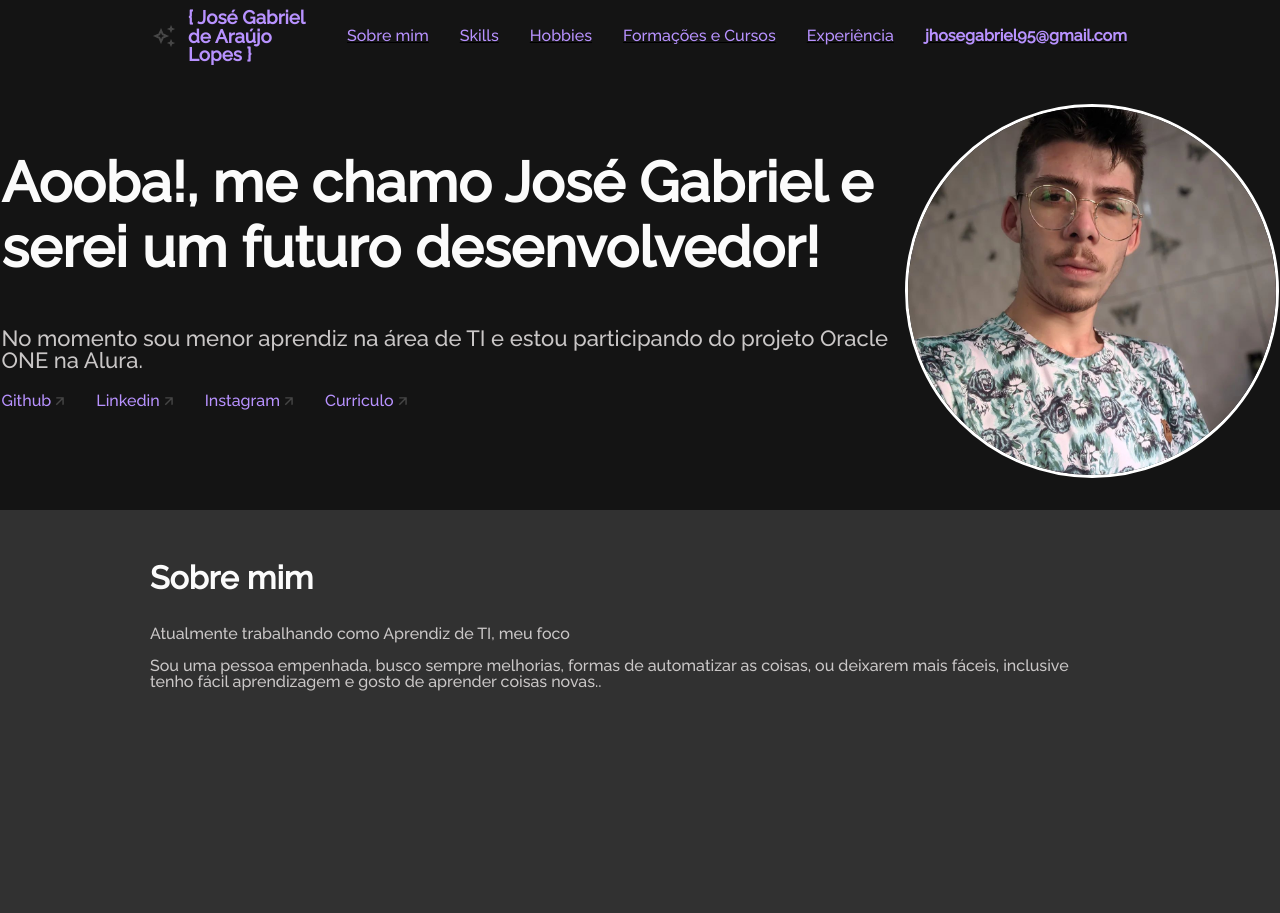
Repository: GabbLps/Portfolio
Page: index.html
An editor plug-in stored every save of this project. The page is shown before and after the next save, followed by the edit.
The browser window is 1280 px wide. The pictures show the whole page.

Above is the page before, as saved 2022-06-23 12:20:27.

After the next save:
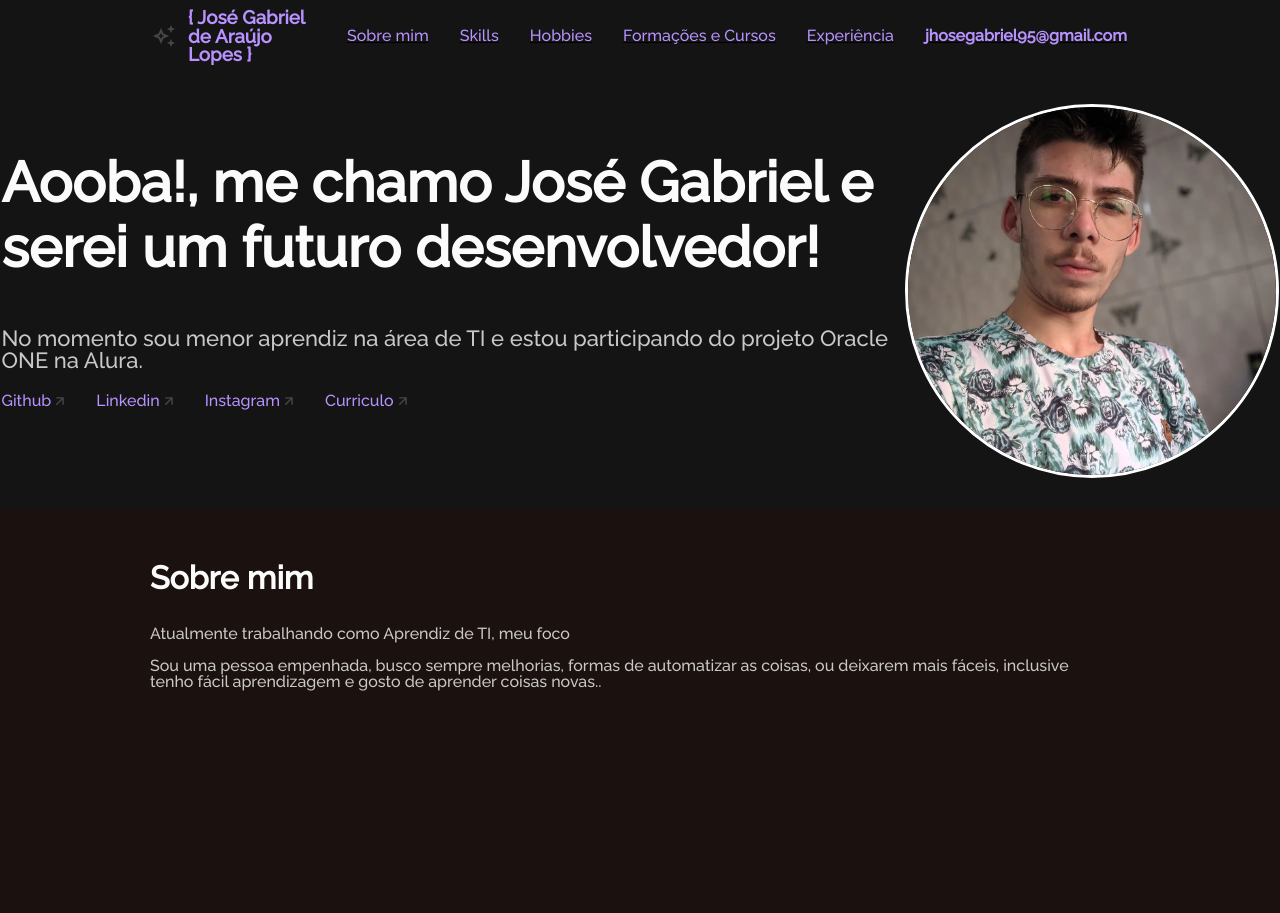
Saved 15 s later.
--- a/style.css
+++ b/style.css
@@ -6,7 +6,7 @@
     --cor-caixas: #FBFBFB;
     --azul-botoes: #2A74E4; */
     --cor-de-fundo: #141414;
-    --cor-de-fundo-secundaria: #313131;
+    --cor-de-fundo-secundaria: #1B120F;
     --cor-de-link: #B892FF;
     --cor-de-titulos: #cac7c7;
     --cor-fundo-azul: #EAF2ED;
